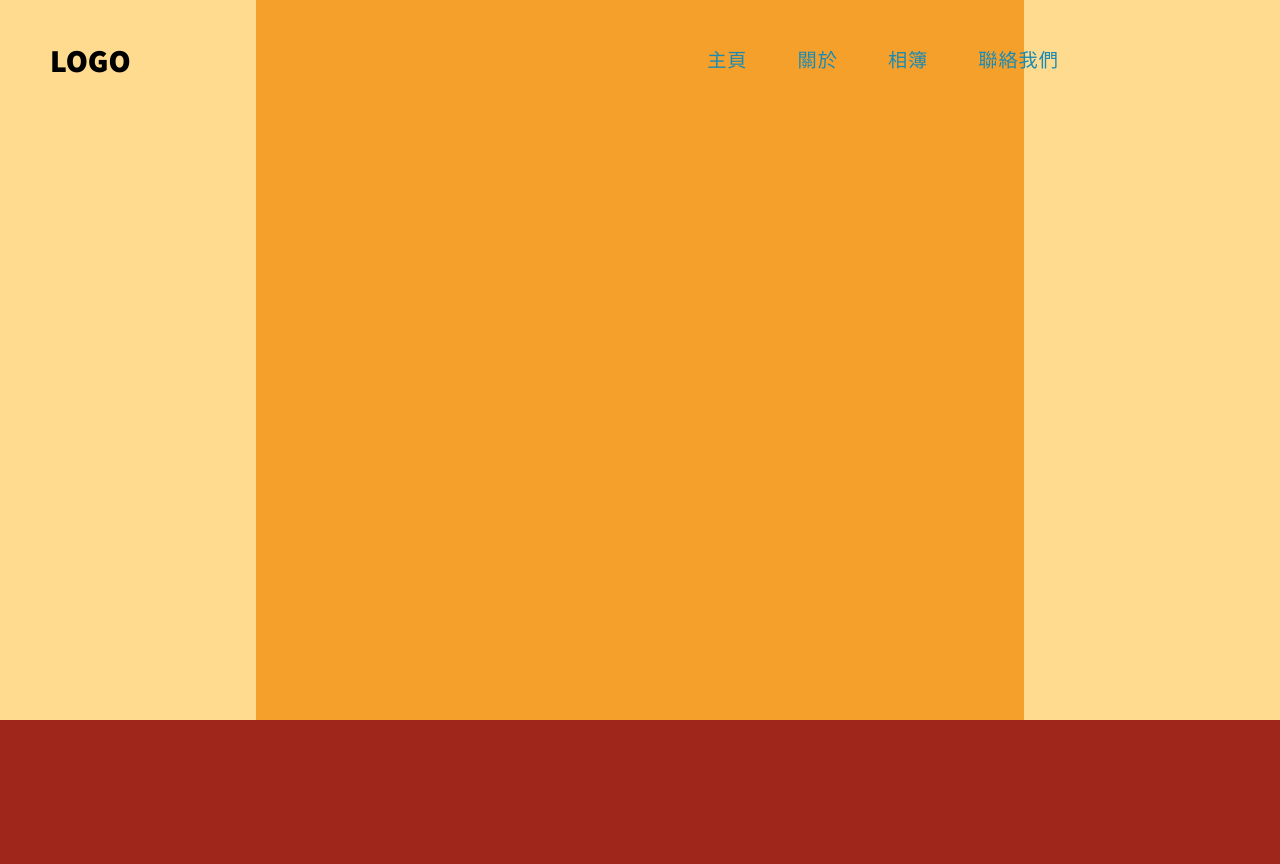
Repository: KevinYu0515/guanghui-food-website
Page: /
An editor plug-in stored every save of this project. The page is shown before and after a run of saves, followed by the edit.
The browser window is 1280 px wide. The pictures show the whole page.
The project was rebuilt for these pictures with package versions that can differ from the ones it lists, and the page was loaded fresh each time. Also part of the build but not shown: vue.config.js.

Above is the page before, as saved 2022-03-17 14:45:01.

After the next 2 saves:
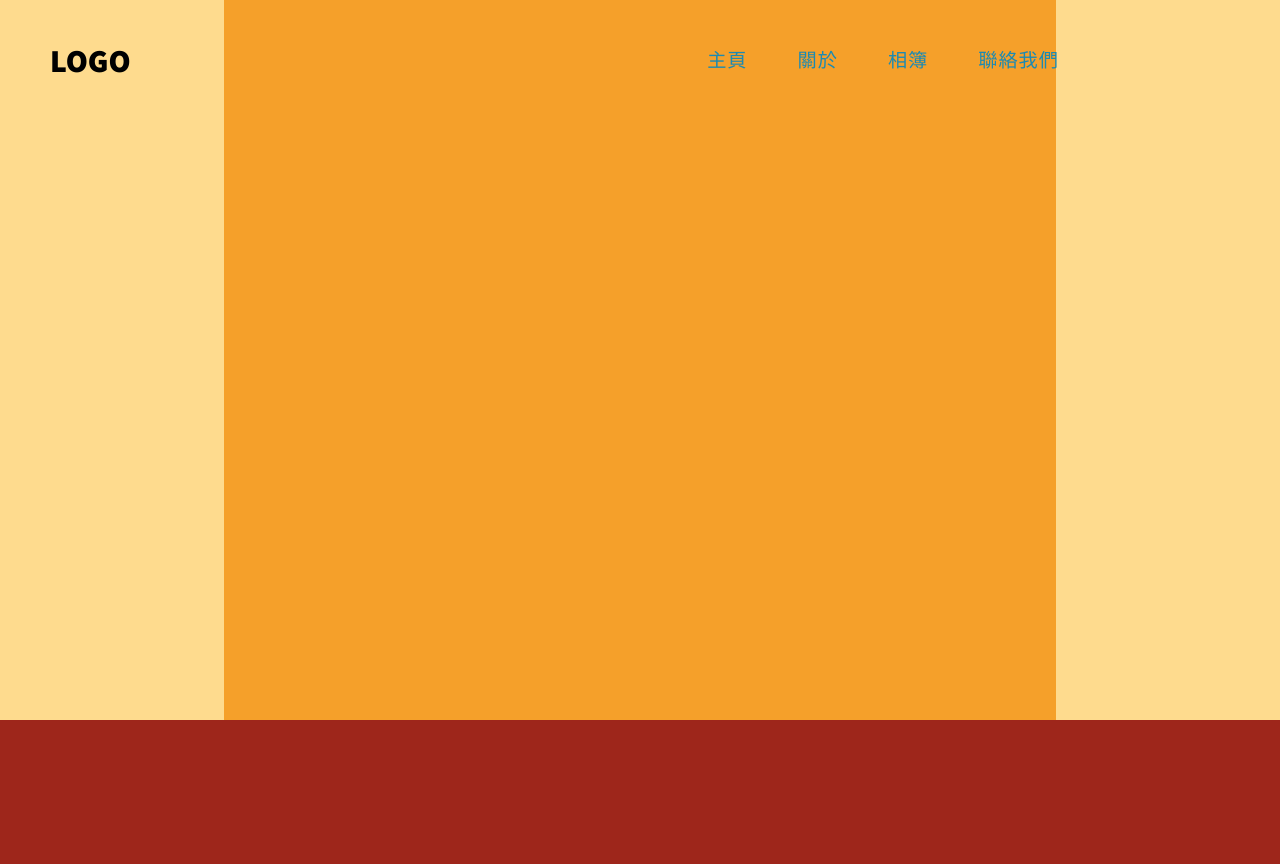
The 2 saves are shown as one change because they came seconds apart.
The last was saved 7 s later.
--- a/src/views/Home.vue
+++ b/src/views/Home.vue
@@ -14,7 +14,7 @@ export default {
 .home{
   margin: 0 auto 0 auto;
   background: #F5A02A;
-  width: 60%;
+  width: 65%;
   height: 100vh;
 }
 .home_picture{
